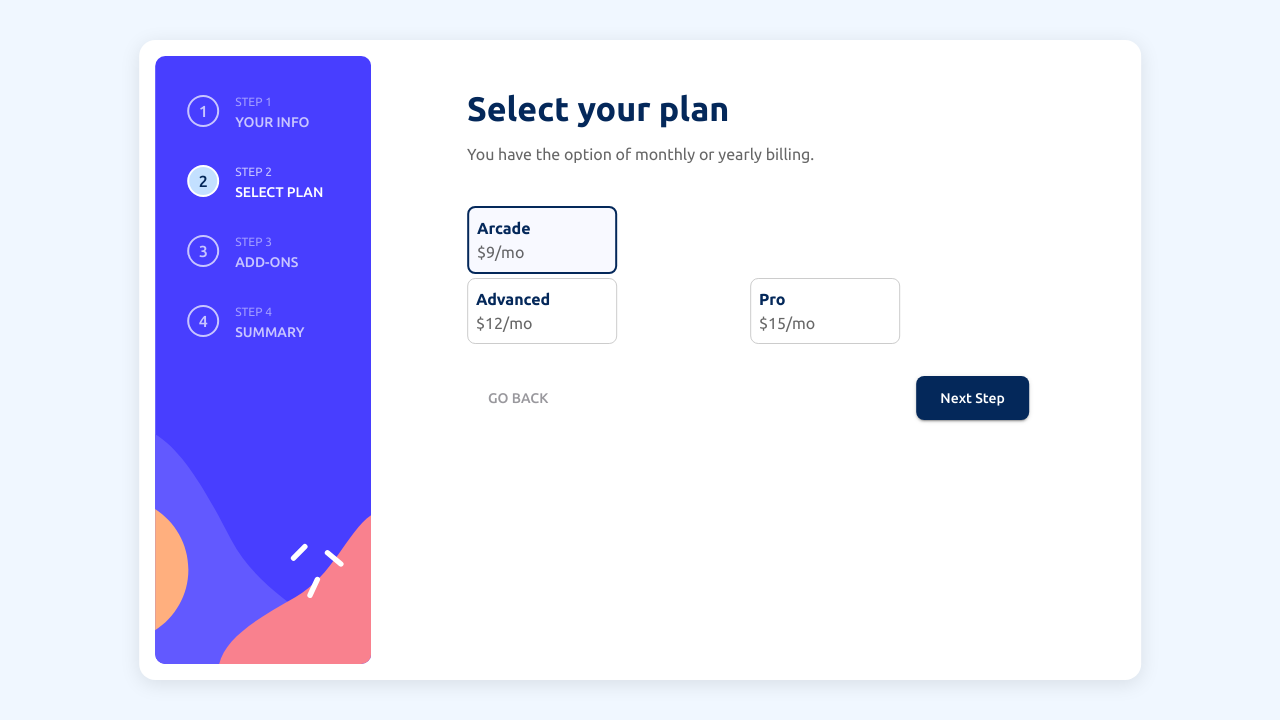
Repository: ozerrrs/chalange7days
Page: / (app in 7dayschalange/7dayschallange/), after clicking the first element matching `button.MuiButtonBase-root`
The author's editor kept a copy of each file at every save. The page is drawn from the files as they stood at one save, then again after the next save.
The browser window is 1280 px wide. The pictures show the whole page.
The project was rebuilt for these pictures with package versions that can differ from the ones it lists, and the page was loaded fresh each time. Also part of the build but not shown: 7dayschalange/7dayschallange/vite.config.js.

Above is the page before, as saved 2025-03-05 15:33:46.

After the next save:
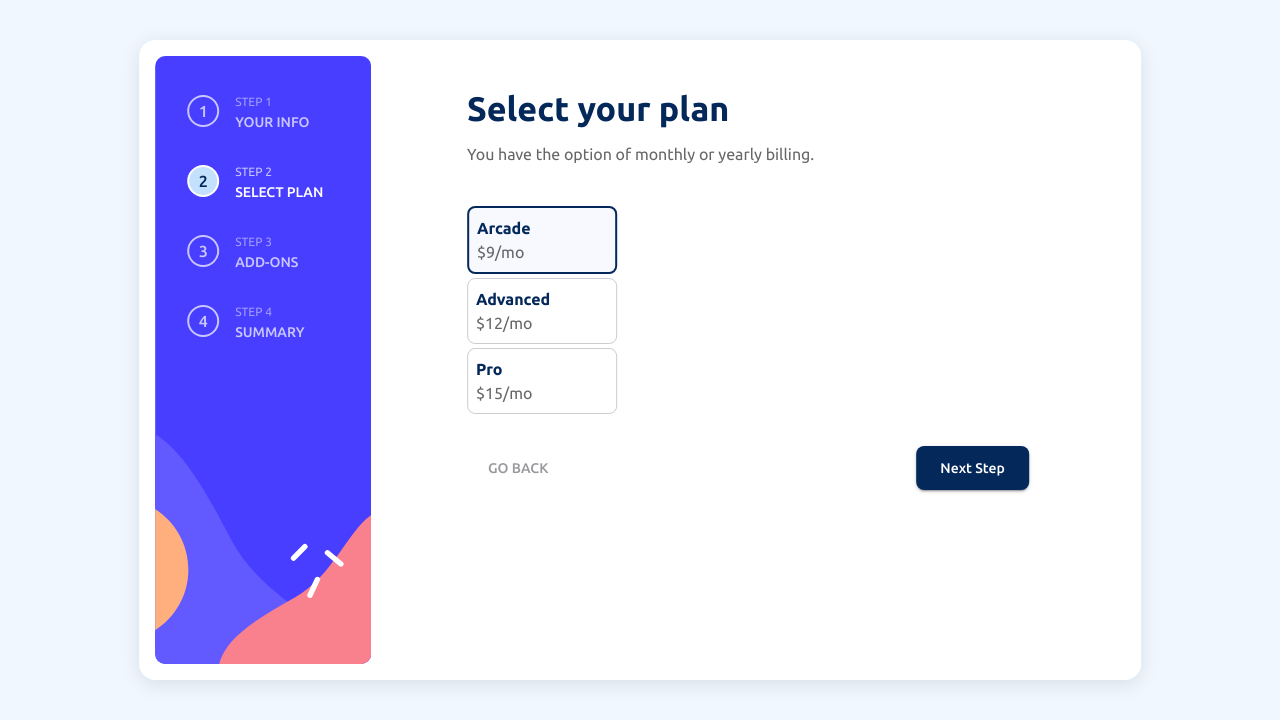
Saved 20 s later.
--- a/7dayschalange/7dayschallange/src/pages/firstPage.jsx
+++ b/7dayschalange/7dayschallange/src/pages/firstPage.jsx
@@ -262,7 +262,7 @@ function MultiStepForm() {
                       </Box>
                     </PlanCard>
                   }
-                  sx={{ margin: 0, flex: 1, width: "100%" }}
+                  sx={{ margin: 0, width: "100%" }}
                 />
 
                 <FormControlLabel
@@ -278,7 +278,7 @@ function MultiStepForm() {
                       </Box>
                     </PlanCard>
                   }
-                  sx={{ margin: 0, flex: 1, width: "100%" }}
+                  sx={{ margin: 0, width: "100%" }}
                 />
               </RadioGroup>
             </FormControl>
